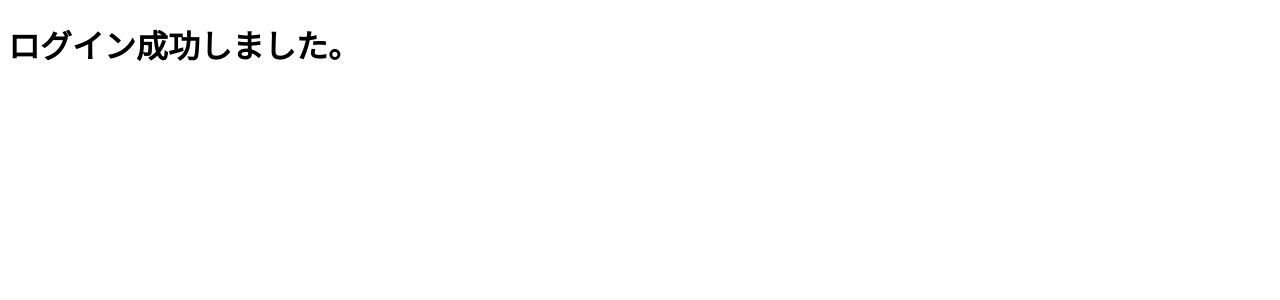
Repository: gennarikun/test
Page: http://localhost/login/loginSuccess.jsp
An editor plug-in stored every save of this project. The page is shown before and after the next save, followed by the edit.
The browser window is 1280 px wide. The pictures show the whole page.
The page is served by Tomcat 9. Nobody is signed in. The application's start-up code is not run. Other server files are loaded and not shown.

Above is the page before, as saved 2018-12-21 01:26:56.

### login/WebContent/loginSuccess.jsp
<%@ page language="java" contentType="text/html; charset=UTF-8"
    pageEncoding="UTF-8"%>
    <%@ taglib prefix="s" uri="/struts-tags"%>
<!DOCTYPE html>
<html>
<head>
<meta charset="UTF-8">
<title>ログイン成功画面</title>
</head>
<body>

	<h1>ログイン成功しました。</h1>
</body>
</html>

After the next save:
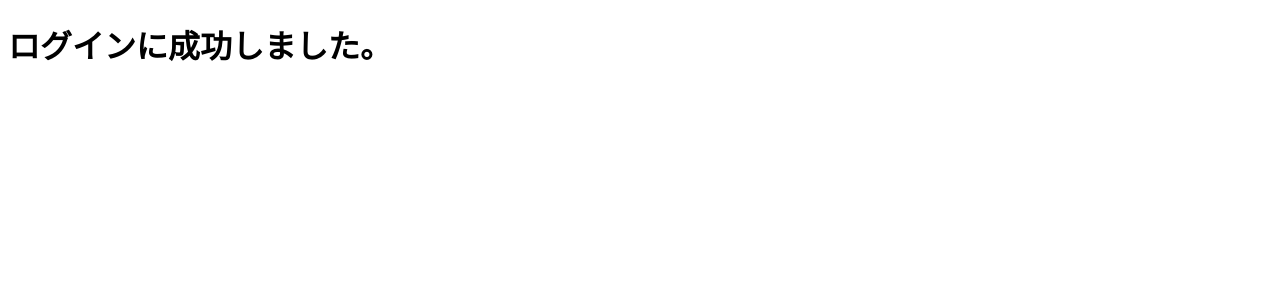
Saved 26 s later.
--- a/login/WebContent/loginSuccess.jsp
+++ b/login/WebContent/loginSuccess.jsp
@@ -9,6 +9,6 @@
 </head>
 <body>
 
-	<h1>ログイン成功しました。</h1>
+	<h1>ログインに成功しました。</h1>
 </body>
 </html>
